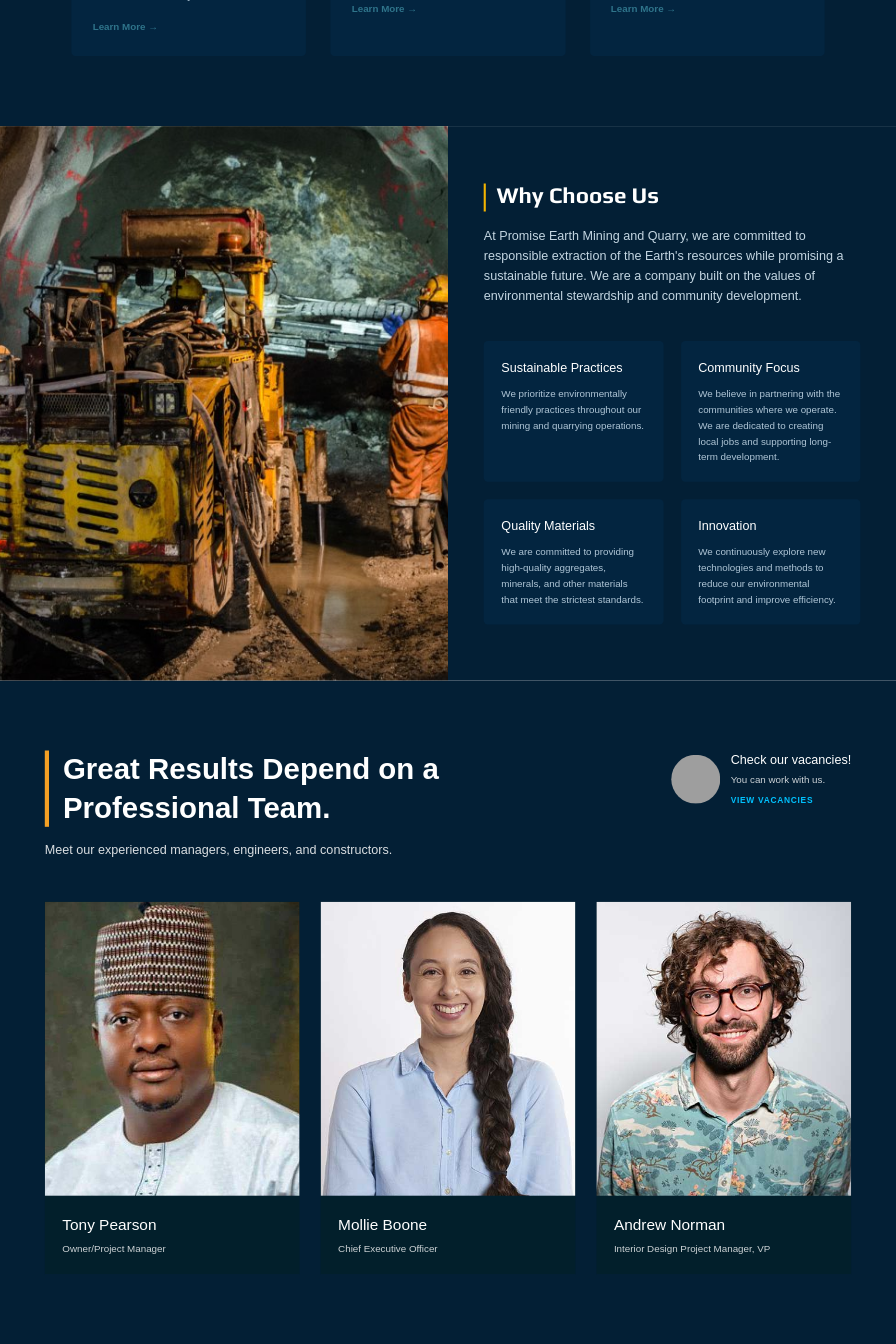
Repository: KC-Minchakpu/promise-earth
Page: /
An editor plug-in stored every save of this project. The page is shown before and after the next save, followed by the edit.
The browser window is 1280 px wide. The pictures show the part of the page from y = 2403 to 4323 px (the page is 4323 px tall), at 70% of full size.
Pictures or frames that could not be fetched are drawn as grey boxes. The project was rebuilt for these pictures with package versions that can differ from the ones it lists, and the page was loaded fresh each time. The framework's server and built-in components were replaced by stand-ins that run in the browser. Also part of the build but not shown: next.config.ts.

Above is the page before, as saved 2026-02-26 16:57:30.

After the next save:
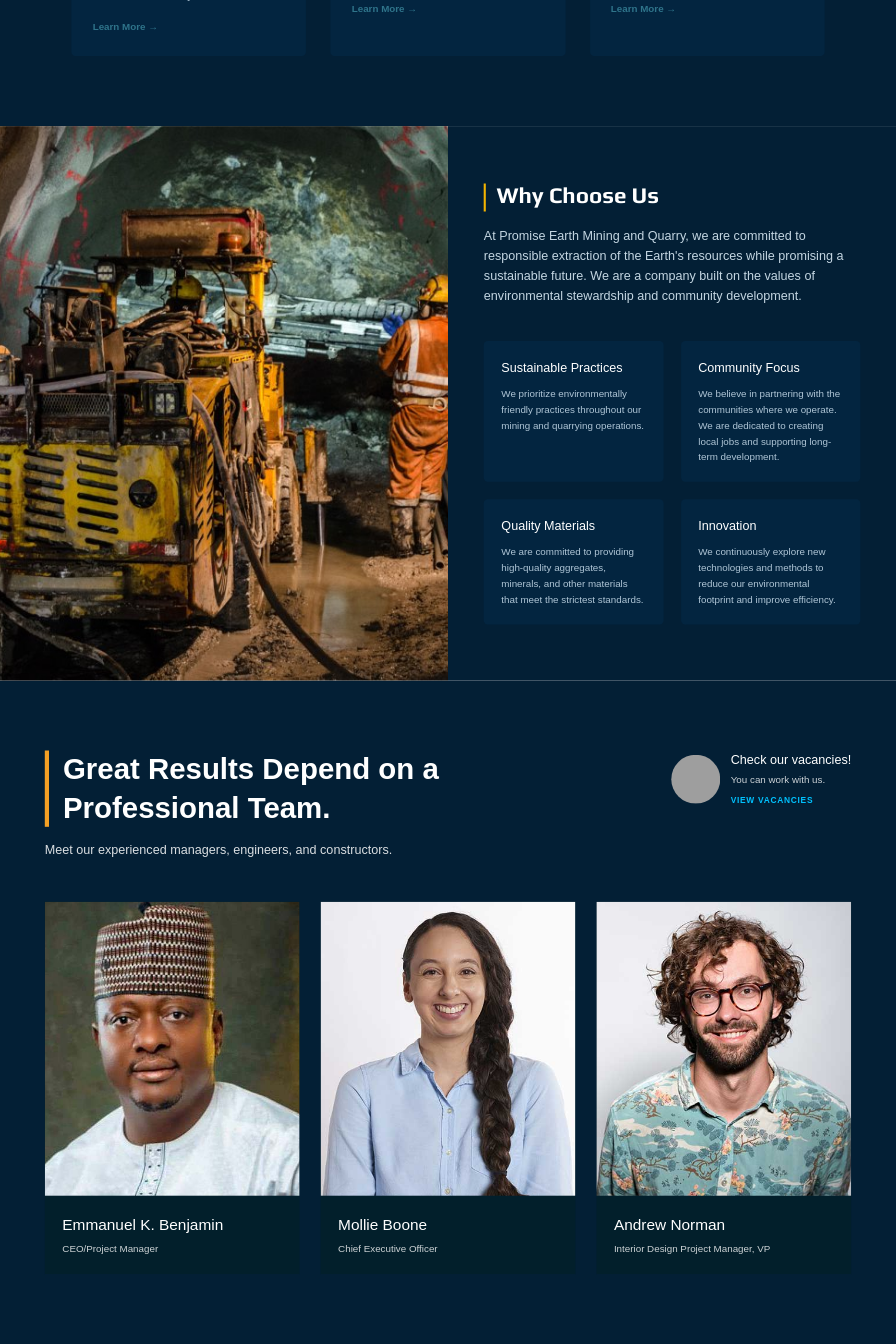
Saved 66 s later.
--- a/src/components/TeamSection/TeamSection.tsx
+++ b/src/components/TeamSection/TeamSection.tsx
@@ -9,8 +9,8 @@
 
 const team: TeamMember[] = [
   {
-    name: "Tony Pearson",
-    role: "Owner/Project Manager",
+    name: "Emmanuel K. Benjamin",
+    role: "CEO/Project Manager",
     image: "/images/team-1.jpg",
   },
   {
